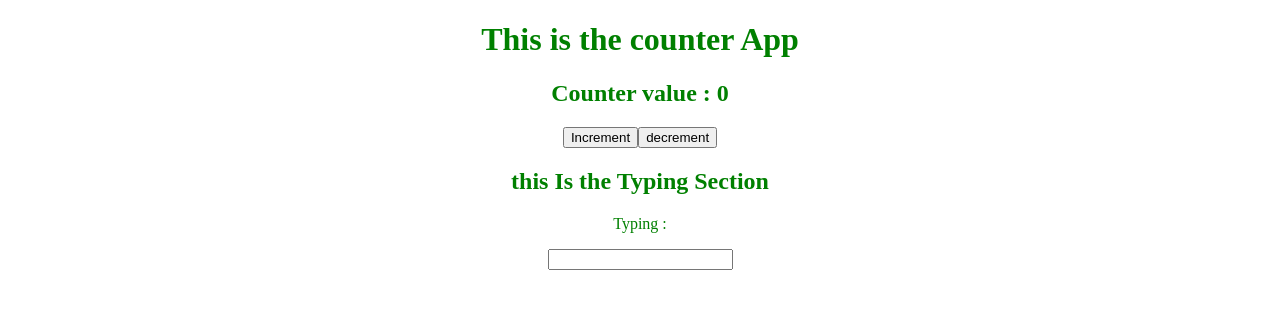
Repository: Gauravyadav678/GcounterApp
Page: / (app in gcounter/)
These files come from the project's save history. The page is drawn as it stood at one moment and after the next save; the edit follows.
The browser window is 1280 px wide. The pictures show the whole page.
The project was rebuilt for these pictures with package versions that can differ from the ones it lists, and the page was loaded fresh each time. Also part of the build but not shown: gcounter/src/index.css.

Above is the page before, as saved 2024-10-22 19:57:26.

### gcounter/public/index.html
<!DOCTYPE html>
<html lang="en">
  <head>
    <meta charset="utf-8" />

    <meta name="viewport" content="width=device-width, initial-scale=1" />
    <meta name="theme-color" content="#000000" />


  </head>
  <body>

    <div id="root"></div>
  </body>
</html>

### gcounter/src/App.js

import './App.css';
import TypingWithG from './components/typing';
import CounterApp from './counter';


function App() {
  return (
    <div className="App">
      <>
      <h1>This is the counter App</h1>
      <CounterApp/>
      <TypingWithG/>
      </>
    </div>
  );
}

export default App;

### gcounter/src/App.css
.App{
  text-align: center;
  color: green;
}

### gcounter/src/components/typing.js
import React , {useState} from "react";

function TypingWithG () {

    const [typed,setTyped]=useState('');

    const typing = (event) =>{
        setTyped(event.target.value);
    }
    return(
        <>
        <h2> this Is the Typing Section </h2>
         <p>Typing : {typed}</p>
         <input onChange={typing} value={typed}></input>
        </>
    )
}

export default TypingWithG;

### gcounter/src/counter.js
import React, {useState } from 'react';

function CounterApp(){

    const [count, setCount]=useState(0);

    const increment=()=>{
        setCount(count+1);
    }

    const decrement = () => {
        setCount(count-1);
    }
    return(
        <>
        <h2>Counter value : {count}</h2>
        <button onClick={increment}>Increment</button>
        <button onClick={decrement}>decrement</button>
        </>
    )
}

export default CounterApp;

Loaded but not shown: gcounter/src/index.js (common file); gcounter/src/reportWebVitals.js (common file)

After the next save:
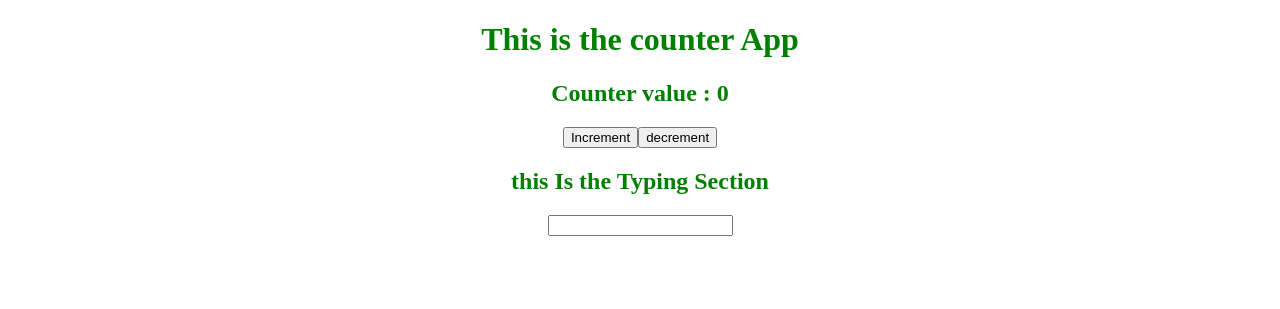
Saved 42 s later.
--- a/gcounter/src/components/typing.js
+++ b/gcounter/src/components/typing.js
@@ -10,7 +10,7 @@ function TypingWithG () {
     return(
         <>
         <h2> this Is the Typing Section </h2>
-         <p>Typing : {typed}</p>
+         <p>{typed}</p>
          <input onChange={typing} value={typed}></input>
         </>
     )
